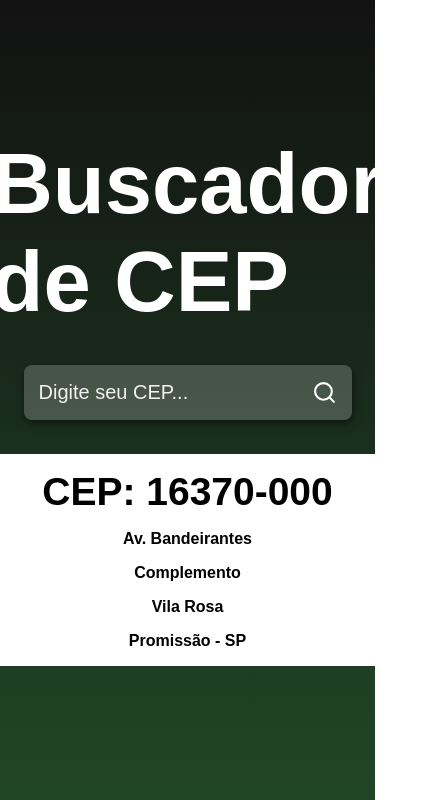
Repository: guipolo09/buscador-de-cep
Page: /
These files come from the project's save history. The page is drawn as it stood at one moment and after the next save; the edit follows.
The browser window is 375 px wide. The page is 438 px wide, then 375 px, so the pictures cover 438 px, including what lies to the right of the window. The pictures show the whole page.
The project was rebuilt for these pictures with package versions that can differ from the ones it lists, and the page was loaded fresh each time.

Above is the page before, as saved 2022-06-26 12:09:16.

After the next save:
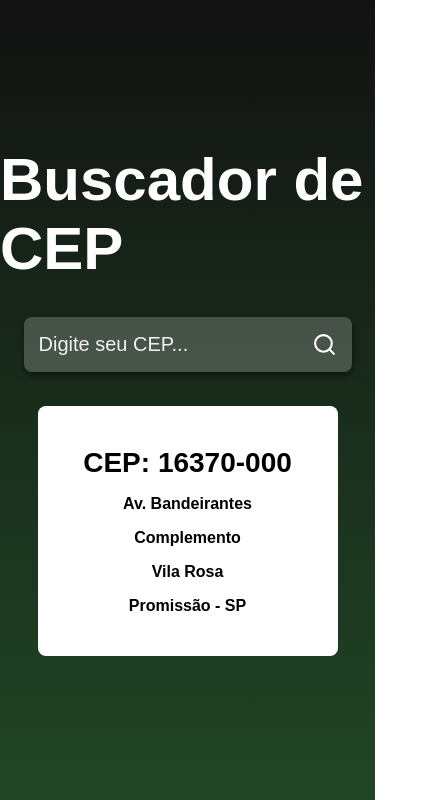
Saved 110 s later.
--- a/src/styles.css
+++ b/src/styles.css
@@ -77,3 +77,17 @@
   margin-bottom: 16px;
   font-weight: bold;
 }
+
+@media (max-width: 620px) {
+  .title {
+    font-size: 60px;
+  }
+  .main h2 {
+    font-size: 28px;
+  }
+
+  .main {
+    width: 80%;
+    min-height: 250px;
+  }
+}
